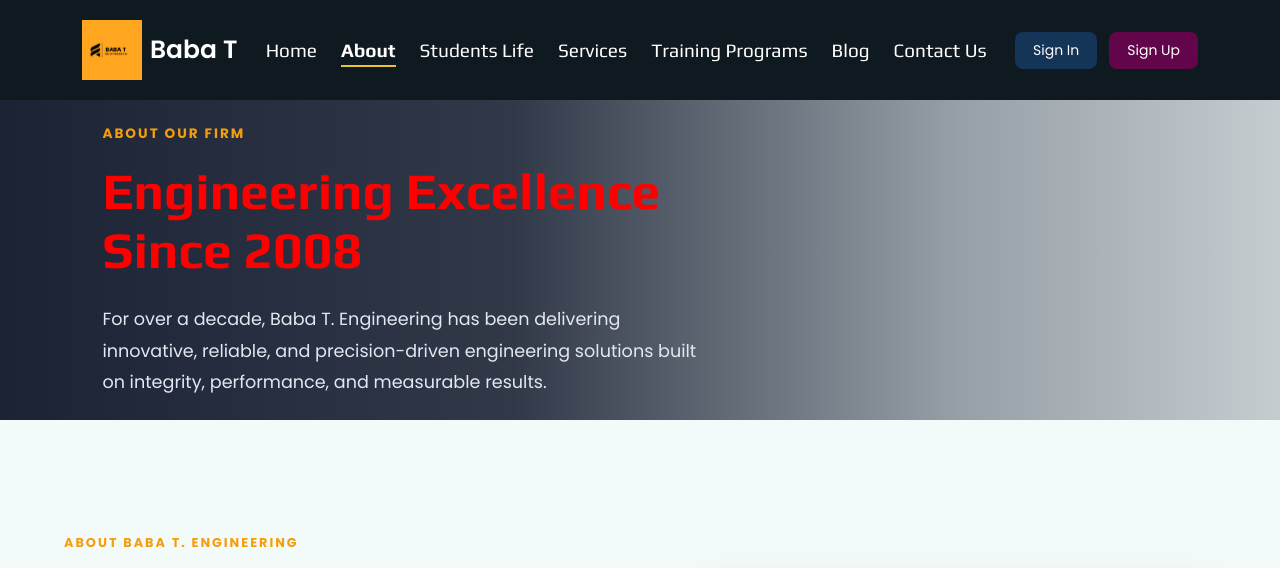
Repository: KC-Minchakpu/babatunde
Page: /about
The author's editor kept a copy of each file at every save. The page is drawn from the files as they stood at one save, then again after the next save.
The browser window is 1280 px wide. The pictures show the part of the page from y = 0 to 568 px (the page is 1674 px tall).
Pictures or frames that could not be fetched are drawn as grey boxes. The project was rebuilt for these pictures with package versions that can differ from the ones it lists, and the page was loaded fresh each time. The framework's server and built-in components were replaced by stand-ins that run in the browser. Also part of the build but not shown: next.config.ts.

Above is the page before, as saved 2026-02-21 09:46:22.

After the next save:
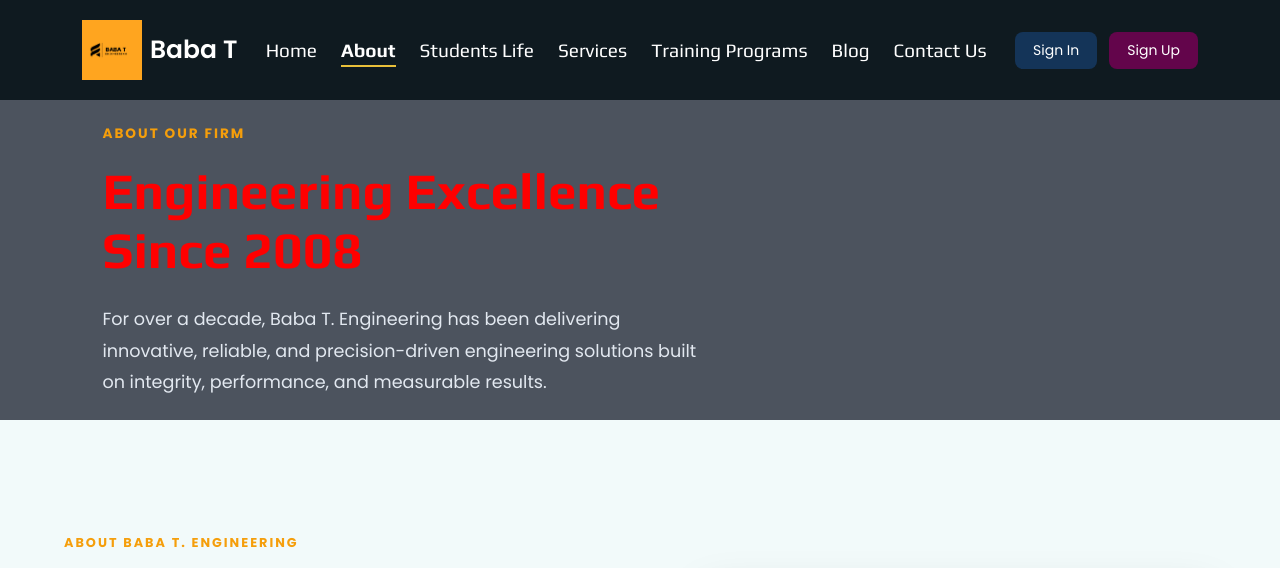
Saved 81 s later.
--- a/src/components/About/AboutHero.module.css
+++ b/src/components/About/AboutHero.module.css
@@ -12,13 +12,7 @@
 .overlay {
   position: absolute;
   inset: 0;
-  background: linear-gradient(
-    to right,
-    rgba(15, 23, 42, 0.95) 0%,
-    rgba(15, 23, 42, 0.85) 40%,
-    rgba(15, 23, 42, 0.4) 75%,
-    rgba(15, 23, 42, 0.2) 100%
-  );
+  background: #242a38cc;
   z-index: 1;
 }
 
